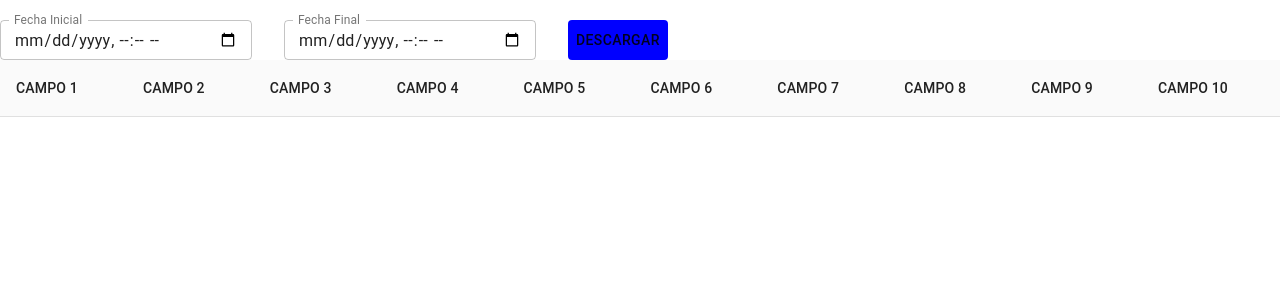
Repository: rafaelpc13/FRONT_RFNEW
Page: /
The author's editor kept a copy of each file at every save. The page is drawn from the files as they stood at one save, then again after the next save.
The browser window is 1280 px wide. The pictures show the whole page.
The project was rebuilt for these pictures with package versions that can differ from the ones it lists, and the page was loaded fresh each time. Also part of the build but not shown: src/App.css.

Above is the page before, as saved 2022-10-29 11:31:38.

### public/index.html
<!DOCTYPE html>
<html lang="en">
  <head>
    <meta charset="utf-8" />
    <link rel="icon" href="%PUBLIC_URL%/favicon.ico" />
    <meta name="viewport" content="width=device-width, initial-scale=1" />
    <meta name="theme-color" content="#000000" />
    <meta
      name="description"
      content="Web site created using create-react-app"
    />
    <link rel="apple-touch-icon" href="%PUBLIC_URL%/logo192.png" />
    <!--
      manifest.json provides metadata used when your web app is installed on a
      user's mobile device or desktop. See https://developers.google.com/web/fundamentals/web-app-manifest/
    -->
    <link rel="manifest" href="%PUBLIC_URL%/manifest.json" />
    <!--
      Notice the use of %PUBLIC_URL% in the tags above.
      It will be replaced with the URL of the `public` folder during the build.
      Only files inside the `public` folder can be referenced from the HTML.

      Unlike "/favicon.ico" or "favicon.ico", "%PUBLIC_URL%/favicon.ico" will
      work correctly both with client-side routing and a non-root public URL.
      Learn how to configure a non-root public URL by running `npm run build`.
    -->
    <title>RIFAS</title>
  </head>
  <body>
    <noscript>You need to enable JavaScript to run this app.</noscript>
    <div id="root"  ></div>
    <!--
      This HTML file is a template.
      If you open it directly in the browser, you will see an empty page.

      You can add webfonts, meta tags, or analytics to this file.
      The build step will place the bundled scripts into the <body> tag.

      To begin the development, run `npm start` or `yarn start`.
      To create a production bundle, use `npm run build` or `yarn build`.
    -->
  </body>
</html>

### src/index.js
import React from 'react';
import ReactDOM from 'react-dom/client';
import './index.css';
import App from './App';
import reportWebVitals from './reportWebVitals';

const root = ReactDOM.createRoot(document.getElementById('root'));
root.render(

    <App  />

);

// If you want to start measuring performance in your app, pass a function
// to log results (for example: reportWebVitals(console.log))
// or send to an analytics endpoint. Learn more: https://bit.ly/CRA-vitals
reportWebVitals();

### src/App.js
import logo from './logo.svg';
import './App.css';
import { TableContainer, Table, TableBody, TableRow, TableCell, TableHead } from '@material-ui/core'
import { Input, TextField, Button} from '@material-ui/core'
function App() {
  return (
    <div className="App">
      <div style={{ display: 'flex', marginTop: '20px',gap:'2rem' }}>
        <TextField
          type="datetime-local"
          label="Fecha Inicial"
          variant="outlined"
          size="small"
          InputLabelProps={{
            shrink: true
          }}
        />

        <TextField
          type="datetime-local"
          label="Fecha Final"
          variant="outlined"
          size="small"
          InputLabelProps={{
            shrink: true
          }}
        />

        <Button style={{ background:"blue" }}>
          Descargar</Button>

        {/* <h3>Restaurante</h3> */}

      </div>
      <TableContainer>
        <Table className="min-w-xl" stickyHeader aria-label="sticky table" aria-labelledby="tableTitle">
          <TableHead>
            <TableRow className="h-48 sm:h-64">
              <TableCell>CAMPO 1</TableCell>
              <TableCell>CAMPO 2</TableCell>
              <TableCell>CAMPO 3</TableCell>
              <TableCell>CAMPO 4</TableCell>
              <TableCell>CAMPO 5</TableCell>
              <TableCell>CAMPO 6</TableCell>
              <TableCell>CAMPO 7</TableCell>
              <TableCell>CAMPO 8</TableCell>
              <TableCell>CAMPO 9</TableCell>
              <TableCell>CAMPO 10</TableCell>
            </TableRow>
          </TableHead>
        </Table>
      </TableContainer>
    </div>
  );
}

export default App;

Loaded but not shown: src/index.css (common file); src/reportWebVitals.js (common file); src/App.css (no copy from this time; the picture is the same without it)

After the next save:
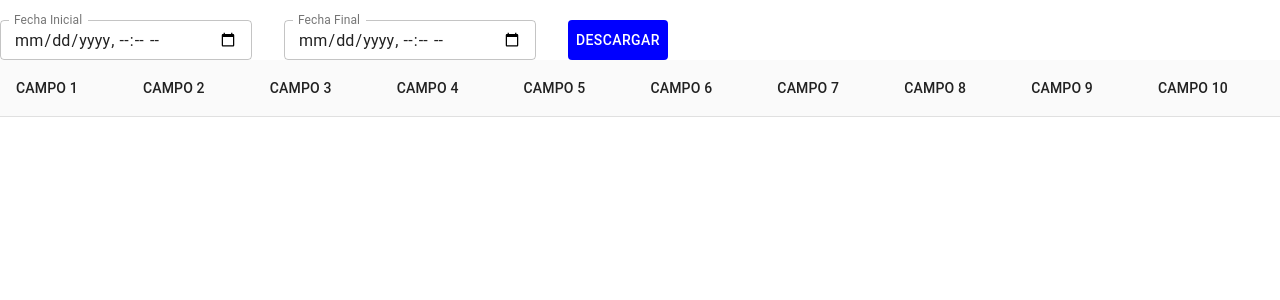
Saved 21 s later.
--- a/src/App.js
+++ b/src/App.js
@@ -26,7 +26,7 @@ function App() {
           }}
         />
 
-        <Button style={{ background:"blue" }}>
+        <Button style={{ background:"blue",color:'white' }}>
           Descargar</Button>
 
         {/* <h3>Restaurante</h3> */}
